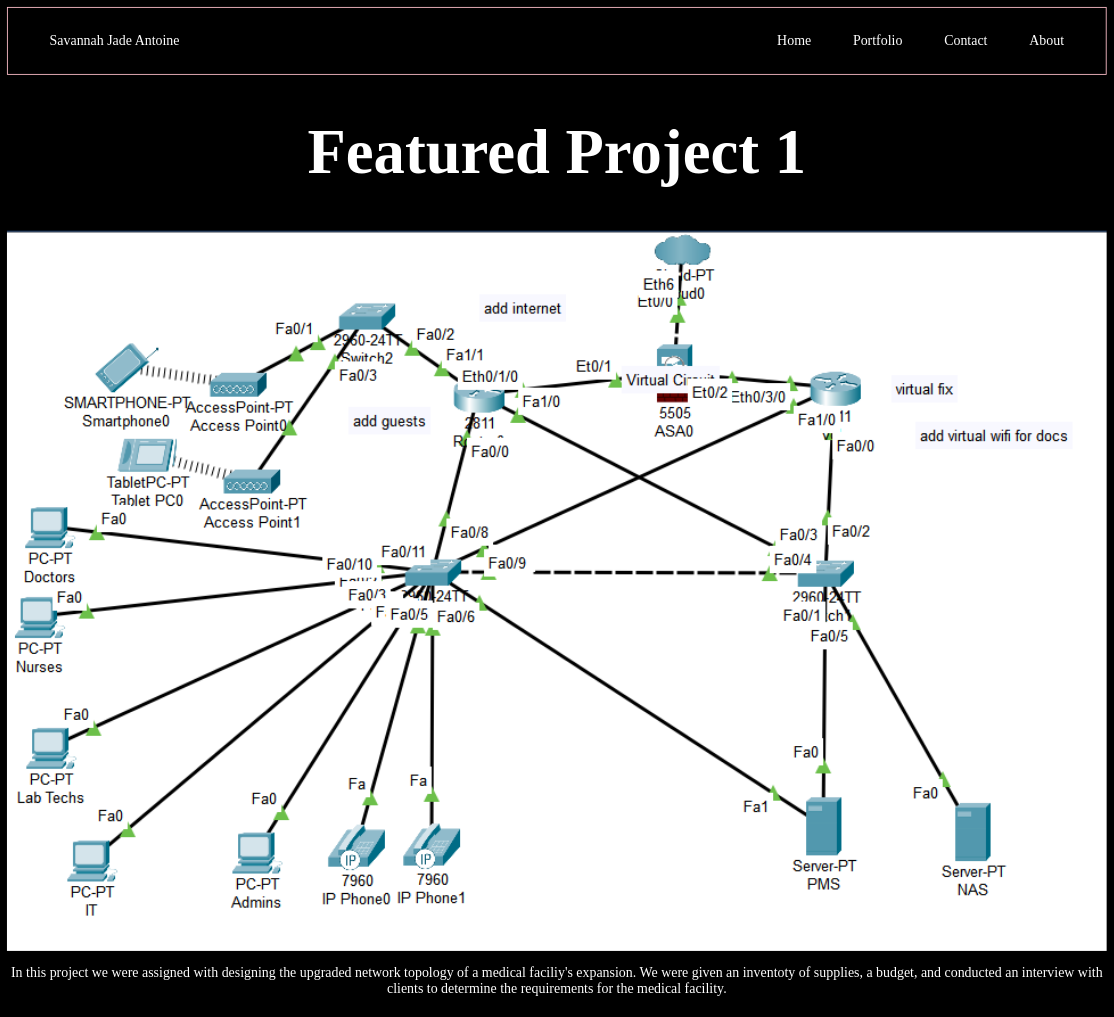
Repository: Savannah-Antoine/Savannah-Antoine
Page: pages/project-name-1.html
An editor plug-in stored every save of this project. The page is shown before and after the next save, followed by the edit.
The browser window is 1280 px wide. The pictures show the whole page, at 87% of full size.

Above is the page before, as saved 2026-05-15 14:59:23.

### pages/project-name-1.html
<!DOCTYPE html>
<html lang="en">
<head>
    <meta charset="UTF-8">
    <meta name="viewport" content="width=device-width, initial-scale=1.0">
    <link rel = "stylesheet" href = "../styles/page.css" />
    <link rel = "stylesheet" href = "../styles/globals.css" />
    <title>Document</title>
</head>
<body>
<header>
    <nav>
        <ul class = "navigation">
  <li><a href="../index.html">Home</a></li>
  <li><a href="../pages/portfolioPage.html">Portfolio</a></li>
  <li><a href="../pages/contact.html">Contact</a></li>
  <li><a href="../pages/about.asp">About</a></li>
</ul>
        <ul class = "homeButton">
           <li><a   href = "../index.html">Savannah Jade Antoine</a></li>
        </ul>
</nav>
<h1>Featured Project 1</h1>
</header>
<main class = "container">



<img src = "../assets/images/Project1.png" alt = "First Portfolio placeholder image" />
<section>
    <p>In this project we were assigned with designing the upgraded network topology of a medical faciliy's expansion. We were given an inventoty of supplies, a budget, and conducted an interview with clients to determine the requirements for the medical facility.</p>

</section>




</main>

</body>
</html>

### styles/page.css

body h1{
    font-size: 3rem;

}

img{
    width: 100%;
    height:auto;
}

@media screen and (min-width: 768px)
{
    body h1{
    font-size: 4.5rem;
}


    .container{
          display:flex;
          flex-direction: row;
          flex-wrap: wrap;
          justify-content: center;

    }
}

@media screen and (min-width: 1000px)
{

}

### styles/globals.css
body {
    background-color: black;
  background-image: url(/assets/images/background-pic.gif);
  background-repeat: no-repeat;
  background-size: cover;
  color: white;
  font-size: 1rem;
  text-align: center;
}



.homeButton{
  order: -1;
  list-style-type: none;
  margin: 0;
  padding: 0;
  display: flex;
  justify-content: left;

}


nav {
    display: flex;
    justify-content: space-between;
    align-items: center;
    padding: 1rem 2rem;

    border: 0.1rem solid pink;
    cursor: pointer;


}



nav ul {
    display: flex;
    list-style: none;
    gap: 1rem;
    margin: 0;
    padding: 0;
}
button {
    padding: 0.7rem 1.2rem;
    background-color: transparent;
    color: white;
    border: 0.1rem solid pink;
    cursor: pointer;
    transition: all 0.3s ease;
    border-radius: 0.2rem;
    gap: 1rem;
}
button:hover {
    background-color: pink;
    color: rgb(31, 1, 31);
    transform: translateY(-3px);
    box-shadow: 0 0.3rem 1rem rgba(255, 255, 255, 0.3);
}

.infoButtons {
    display: flex;
    justify-content: center;
    gap: 1.5rem;
    margin-top: 1.4rem;
    min-width: 100px;
    padding: 0.7rem 0.9rem;
}

li a {
  display: block;
  color: white;
  padding: 0.8rem 1rem;
  text-decoration: none;
}

ul li a:hover {
 background-color: pink;
  color: rgb(31, 1, 31);
  box-shadow: 0 0.5rem 0.9rem rgba(255, 255, 255, 0.3)
}

h1{

  font-size: 4rem;
}

After the next save:
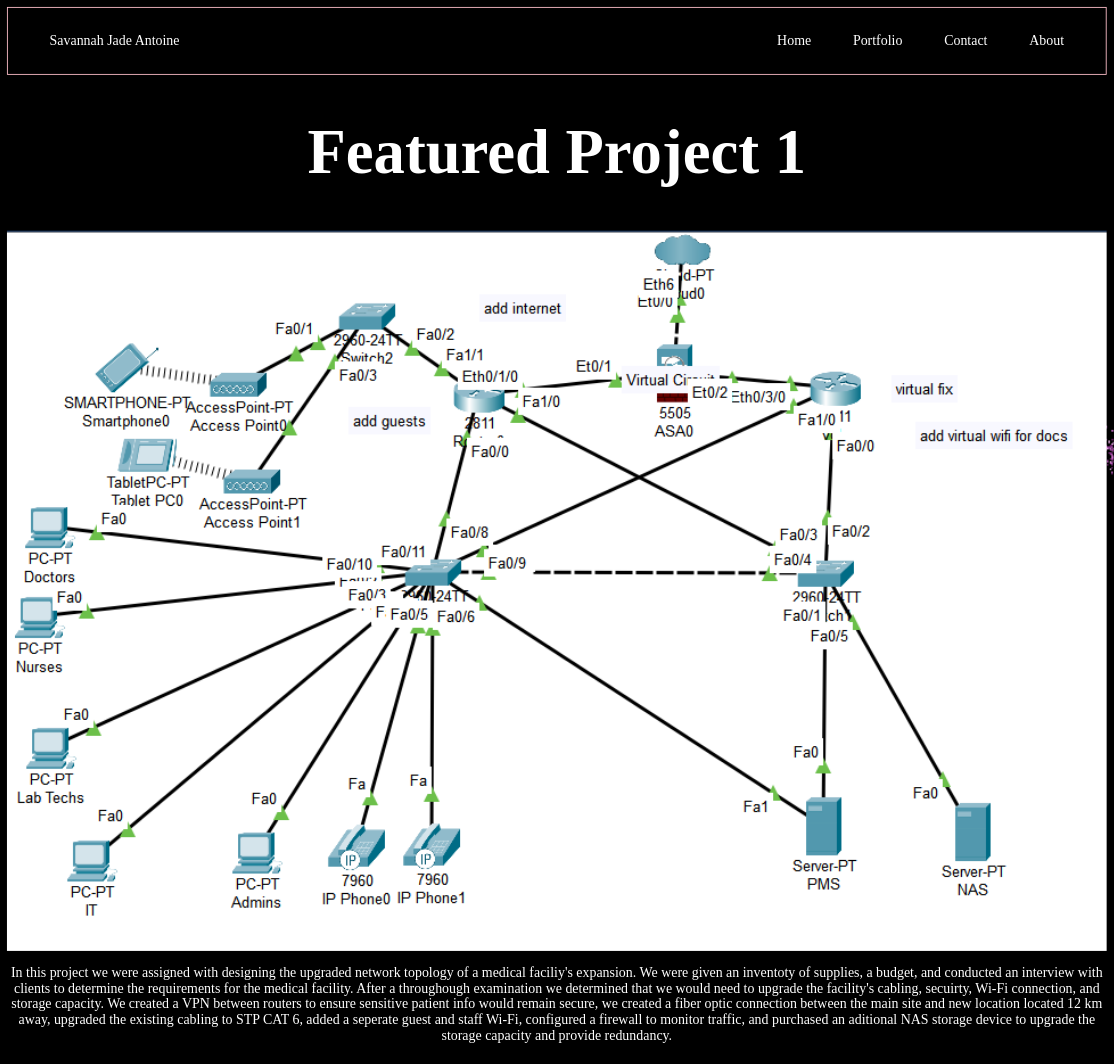
Saved 5 min 31 s later.
--- a/pages/project-name-1.html
+++ b/pages/project-name-1.html
@@ -28,7 +28,8 @@
 
 <img src = "../assets/images/Project1.png" alt = "First Portfolio placeholder image" />
 <section>
-    <p>In this project we were assigned with designing the upgraded network topology of a medical faciliy's expansion. We were given an inventoty of supplies, a budget, and conducted an interview with clients to determine the requirements for the medical facility.</p>
+    <p>In this project we were assigned with designing the upgraded network topology of a medical faciliy's expansion. We were given an inventoty of supplies, a budget, and conducted an interview with clients to determine the requirements for the medical facility. After a throughough examination we determined that we would need to upgrade the facility's cabling, secuirty, Wi-Fi connection, and storage capacity. We created a VPN between routers to ensure sensitive patient info would remain secure, we created a fiber optic connection between the main site and new location located 12 km away, upgraded the existing cabling to STP CAT 6, added a seperate guest and staff Wi-Fi, configured a firewall to monitor traffic, and purchased an aditional NAS storage device to upgrade the storage capacity and provide redundancy.
+    </p>
 
 </section>
 
